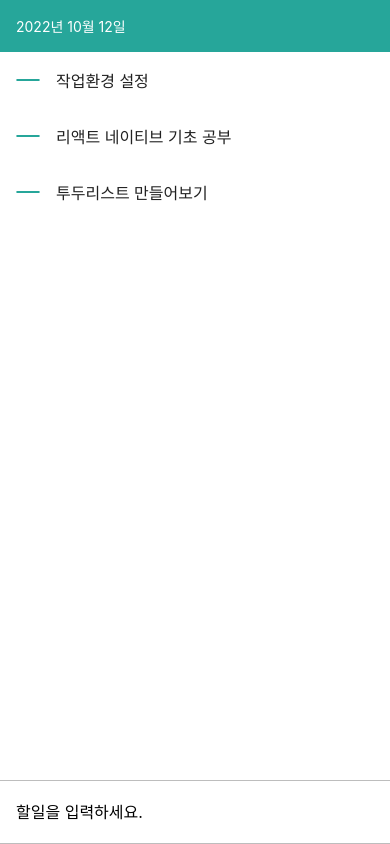
Repository: H-Rn-Study/haebzzang
Screen: / (app in TodoApp/)
The author's editor kept a copy of each file at every save. The screen is drawn from the files as they stood at one save, then again after the next save.
The app was drawn by React Native's web renderer in a window 390 px wide. The project was rebuilt for these pictures with package versions that can differ from the ones it lists, and the page was loaded fresh each time. Also part of the build but not shown: TodoApp/components/Empty.js.

Above is the screen before, as saved 2022-10-26 14:53:23.

### TodoApp/App.js
import React, {useState} from 'react';
import {StyleSheet, KeyboardAvoidingView, Platform} from 'react-native';
import DateHead from './components/DateHead';
import {SafeAreaProvider, SafeAreaView} from 'react-native-safe-area-context';
import AddTodo from "./components/AddTodo";
import Empty from './components/Empty';
import TodoList from './components/TodoList';

function App() {
  const today = new Date();

  const [todos, setTodos] = useState([
    {id : 1, text : '작업환경 설정', done : true},
    {id : 2, text : '리액트 네이티브 기초 공부', done : false},
    {id : 3, text : '투두리스트 만들어보기', done : false},
  ]);


  return (
    <SafeAreaProvider>
      <SafeAreaView edges = {['buttom']} style = {styles.block}>
        <KeyboardAvoidingView
          behavior = {Platform.select({ios: 'padding', android: undefined})}
          style = {styles.avoid}>
          <DateHead date = {today} />
          {todos.length === 0 ? <Empty /> : <TodoList todos = {todos} />}
          <AddTodo />
        </KeyboardAvoidingView>
      </SafeAreaView>
    </SafeAreaProvider>
  );
}

const styles = StyleSheet.create({
  block: {
    flex: 1,
    backgroundColor: 'white',
  },

  avoid: {
    flex: 1,
  },
});

export default App;

### TodoApp/components/DateHead.js
import React from 'react';
import {View, Text, StyleSheet, StatusBar} from 'react-native';
import {useSafeAreaInsets} from 'react-native-safe-area-context';

function DateHead({date}) {
    const year = date.getFullYear();
    const month = date.getMonth() + 1;
    const day = date.getDate();

    const formatted = `${year}년 ${month}월 ${day}일`;
    const {top} = useSafeAreaInsets();

    return (
        <>
        <View style = {[styles.statusBarPlaceholder, {height: top}]} />
        <StatusBar backgroundColor = "#26a69a" barStyle = "light=content" />
        <View style = {styles.block}>
            <Text style = {styles.dateText}>{formatted}</Text>
        </View>
        </>
    );
}

const styles = StyleSheet.create({
    statusBarPlaceholder: {
        backgroundColor: "#26a69a",
    },
    block: {
        padding: 16,
        backgroundColor: '#26a69a',
    },

    dateText: {
        fontsize: 24,
        color: 'white',
    },
});

export default DateHead;

### TodoApp/components/AddTodo.js
import React, {useState} from "react";
import {View, StyleSheet, TextInput, Image, TouchableOpacity, Platform, TouchableNativeFeedback, Keyboard,} from "react-native";

function AddTodo() {
    const [text, setText] = useState('');

    const onPress = () => {
        setText('');
        Keyboard.dismiss();
    };

    const button = (
        <View style = {styles.buttonStyle}>
            <Image source = {require('../assets/icons/add_white/add_white.png')} />
        </View>
    );

    return (
    <View style = {styles.block}>
        <TextInput placeholder = "할일을 입력하세요."
        style = {styles.input}
        value = {text}
        onChangeText = {setText}
        onSubmitEditing = {onPress}
        returnKeyType = "done"
        />
        {Platform.select({
            ios: <TouchableOpacity activeOpacity = {0.5} onPress = {onPress}>
                {button}
                </TouchableOpacity>,
            android: (
                <View style = {styles.circleWrapper}>
                    <TouchableNativeFeedback onPress = {onPress}>
                        {button}
                    </TouchableNativeFeedback>
                </View>
            ),
        })}
    </View>
    );
}

const styles = StyleSheet.create({
    block: {
        backgroundColor: 'white',
        height: 64,
        paddingHorizontal: 16,
        borderColor: "#bdbdbd",
        borderTopWidth: 1,
        borderBottomWidth: 1,
        alignItems: 'center',
        flexDirection: 'row',
    },

    input: {
        flex: 1,
        fontSize: 16,
        paddingVertical: 8,
    },

    buttonStyle: {
        alignItems: 'center',
        justifyContent: 'center',
        width: 48,
        height: 48,
        backgroundColor: '#26a69a',
        borderRadius: 24,
    },

    circleWrapper: {
        overflow: 'hidden',
        borderRadius: 24,
    }
});

export default AddTodo;

### TodoApp/components/TodoList.js
import React from 'react';
import {FlatList, View, Text, StyleSheet} from 'react-native';
import TodoItem from './TodoItem';

function TodoList({todos}) {
    return (
        <FlatList
        style = {styles.list}
        data = {todos}
        renderItem = {({item}) => (
            <TodoItem id = {item.id} text = {item.text} done = {item.done} />
            )}
            keyExtractor = {item => item.id.toString()}
            />
    );
}

const styles = StyleSheet.create({
    list: {
        flex:1,
    },
});

export default TodoList;

### TodoApp/components/TodoItem.js
import React from 'react';
import {View, Text, StyleSheet} from 'react-native';

function TodoItem({id, text, done}) {
    return (
        <View style = {styles.item}>
            <View style = {styles.circle} />
            <Text style = {styles.text}>{text}</Text>
        </View>
    );
}

const styles = StyleSheet.create({
    item : {
        flexDirection: 'row',
        padding: 16,
        alignItems: 'center',
    },

    circle: {
        width :24,
        heigth: 24,
        borderRadius: 12,
        borderColor: '#26a69a',
        borderWidth: 1,
        marginRight: 16,
    },

    text: {
        flex: 1,
        fontSize: 16,
        color: '#212121',
    },
});

export default TodoItem;

After the next save:
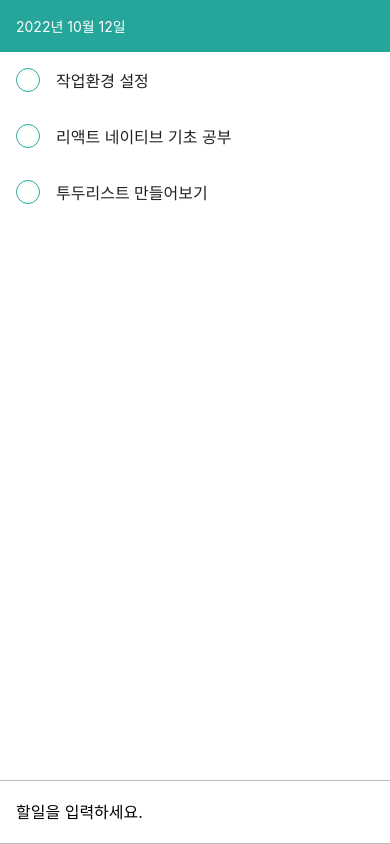
Saved 2 min 53 s later.
--- a/TodoApp/components/TodoItem.js
+++ b/TodoApp/components/TodoItem.js
@@ -11,21 +11,19 @@ function TodoItem({id, text, done}) {
 }
 
 const styles = StyleSheet.create({
-    item : {
+    item: {
         flexDirection: 'row',
         padding: 16,
         alignItems: 'center',
     },
-
     circle: {
-        width :24,
-        heigth: 24,
+        width: 24,
+        height: 24,
         borderRadius: 12,
         borderColor: '#26a69a',
         borderWidth: 1,
         marginRight: 16,
     },
-
     text: {
         flex: 1,
         fontSize: 16,
